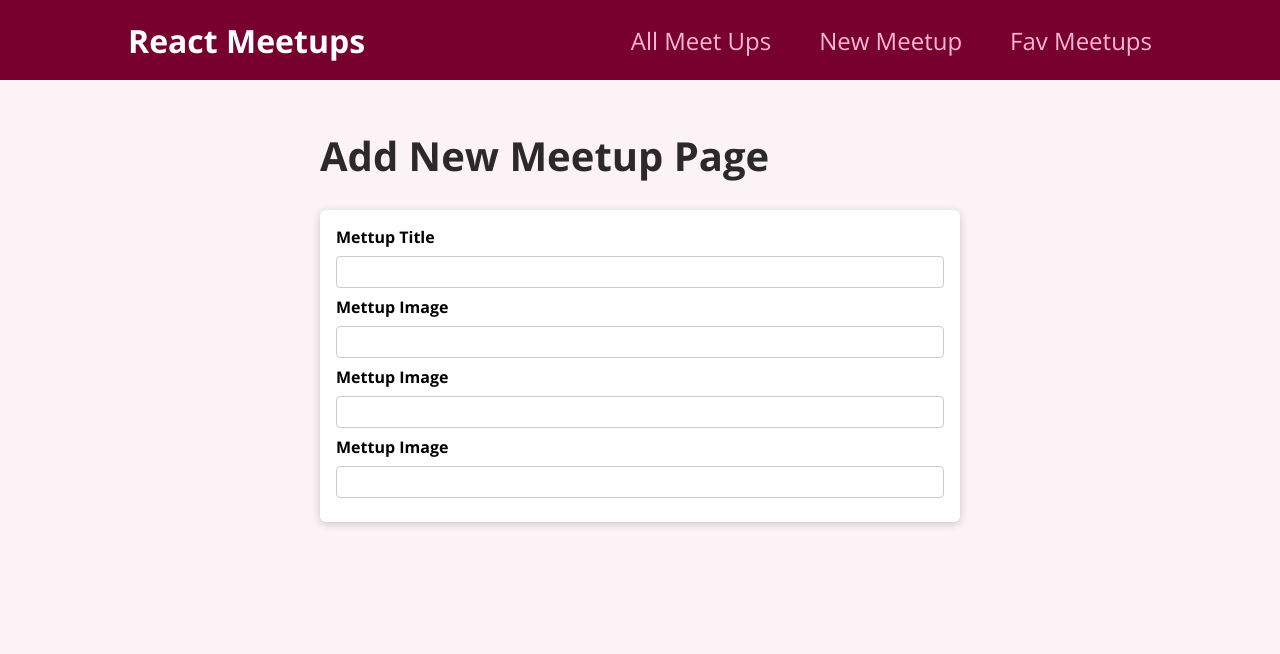
Repository: portretrieve/react-meetup-app
Page: /meet
An editor plug-in stored every save of this project. The page is shown before and after a run of saves, followed by the edit.
The browser window is 1280 px wide. The pictures show the whole page.
The project was rebuilt for these pictures with package versions that can differ from the ones it lists, and the page was loaded fresh each time. A package was used in the major version that the imports need, not the one package.json lists. Also part of the build but not shown: src/components/meetups/MeetupList.module.css, src/components/meetups/Meetupitem.module.css, src/components/meetups/MeetupItem.js, src/components/meetups/MeetupList.js, src/pages/AllMeetups.js, src/pages/Favourites.js.

Above is the page before, as saved 2021-08-19 01:10:11.

### src/App.js
import { Route, Switch } from "react-router-dom";

import AllMeetupsPage from "./pages/AllMeetups";
import FavouritesPage from "./pages/Favourites";
import NewMeetupPage from "./pages/NewMeetup";
import Layout from "./components/layout/Layout";

function App() {
  return (
    <Layout>
      <Switch>
        <Route path="/" exact>
          <AllMeetupsPage />
        </Route>
        <Route path="/meet">
          <NewMeetupPage />
        </Route>
        <Route path="/fav">
          <FavouritesPage />
        </Route>
      </Switch>
    </Layout>
  );
}

export default App;

### src/pages/NewMeetup.js
import NewMeetupForm from "../components/meetups/NewMeetupForm";

function NewMeetupPage() {
  return (
    <div>
      <h1>Add New Meetup Page</h1>
      <NewMeetupForm />
    </div>
  );
}

export default NewMeetupPage;

### src/components/layout/Layout.js
import classes from "./Layout.module.css";
import MainNavigation from "./MainNavigation";
function Layout(props) {
  return (
    <div>
      <MainNavigation></MainNavigation>
      <main className={classes.main}>{props.children}</main>
    </div>
  );
}

export default Layout;

### src/components/meetups/NewMeetupForm.js
import classes from "./NewMeetupForm.module.css";
import Card from "../userInterface/Card";

function NewMeetupForm() {
  return (
    <Card>
      <form className={classes.form}>
        <div className={classes.control}>
          <label htmlFor="title">Mettup Title</label>
          <input type="text" id="title" required />
        </div>
        <div className={classes.control}>
          <label htmlFor="image">Mettup Image</label>
          <input type="url" id="image" required />
        </div>
        <div className={classes.control}>
          <label htmlFor="address">Mettup Image</label>
          <input type="text" id="address" required />
        </div>
        <div className={classes.control}>
          <label htmlFor="description">Mettup Image</label>
          <input type="url" id="description" required />
        </div>
      </form>
    </Card>
  );
}
export default NewMeetupForm;

### src/components/layout/MainNavigation.js
import { Link } from "react-router-dom";
import classes from "./MainNavigation.module.css";

function MainNavigation() {
  return (
    <header className={classes.header}>
      <div className={classes.logo}>React Meetups</div>
      <nav>
        <ul>
          <li>
            <Link to="/">All Meet Ups</Link>
          </li>
          <li>
            <Link to="/meet">New Meetup</Link>
          </li>
          <li>
            <Link to="/fav">Fav Meetups</Link>
          </li>
        </ul>
      </nav>
    </header>
  );
}

export default MainNavigation;

### src/components/meetups/NewMeetupForm.module.css
.form {
    padding: 1rem;
}

.control {
    margin-bottom: 0.5rem;
}

.control label {
    display: block;
    font-weight: bold;
    margin-bottom: 0.5rem;
}

.control input,
.control textarea {
    display: block;
    font: inherit;
    border-radius: 4px;
    border: 1px solid #ccc;
    padding: 0.25rem;
    width: 100%;
}

.actions {
    margin-top: 1rem;
    text-align: right;
}

.actions button {
    font: inherit;
    cursor: pointer;
    background-color: #77002e;
    color: white;
    padding: 0.5rem 1.5rem;
    border: 1px solid #77002e;
    border-radius: 4px;
    font-weight: bold;
}

.actions button:hover,
.actions button:active {
    background-color: #a50e48;
    border-color: #a50e48;
}

### src/components/userInterface/Card.js
import classes from "./Card.module.css";

function Card({ children }) {
  return <div className={classes.card}>{children}</div>;
}

export default Card;

Loaded but not shown: public/index.html (common file); src/index.js (common file); src/index.css (common file); src/components/layout/Layout.module.css (common file); src/components/layout/MainNavigation.module.css (common file); src/components/userInterface/Card.module.css (common file)

After the next 2 saves:
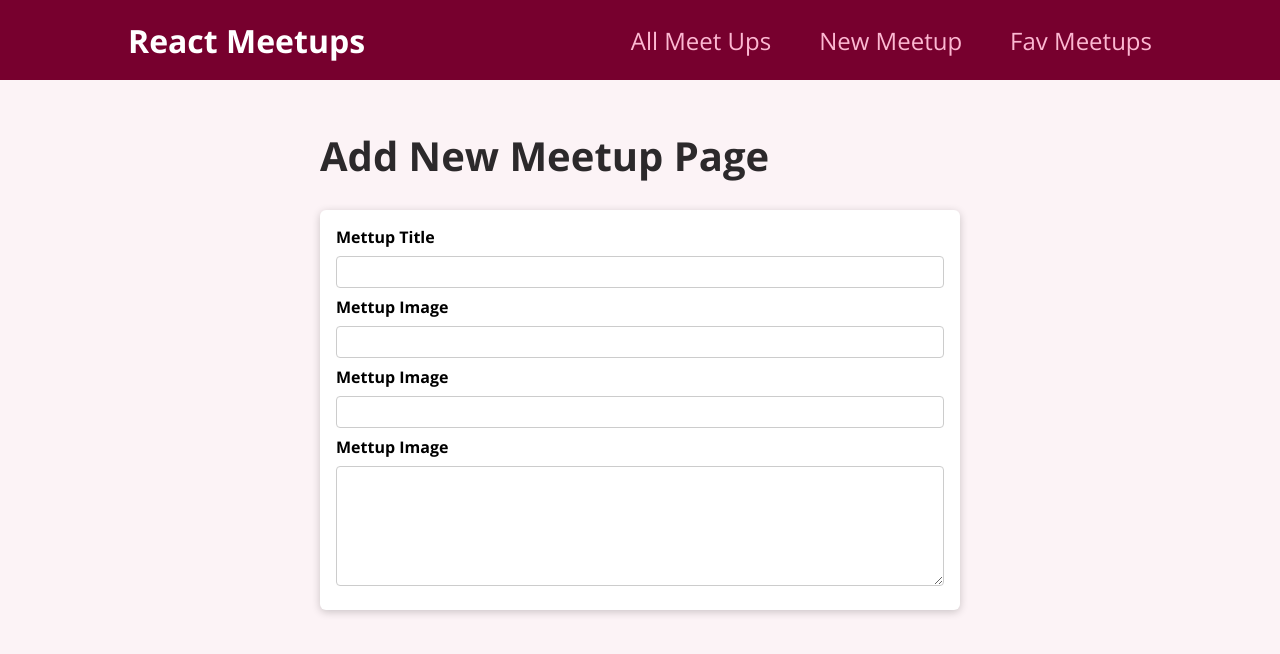
The 2 saves are shown as one change because they came seconds apart.
The last was saved 34 s later.
--- a/src/components/meetups/NewMeetupForm.js
+++ b/src/components/meetups/NewMeetupForm.js
@@ -19,7 +19,7 @@ function NewMeetupForm() {
         </div>
         <div className={classes.control}>
           <label htmlFor="description">Mettup Image</label>
-          <input type="url" id="description" required />
+          <textarea id="description" required rows="5" />
         </div>
       </form>
     </Card>
